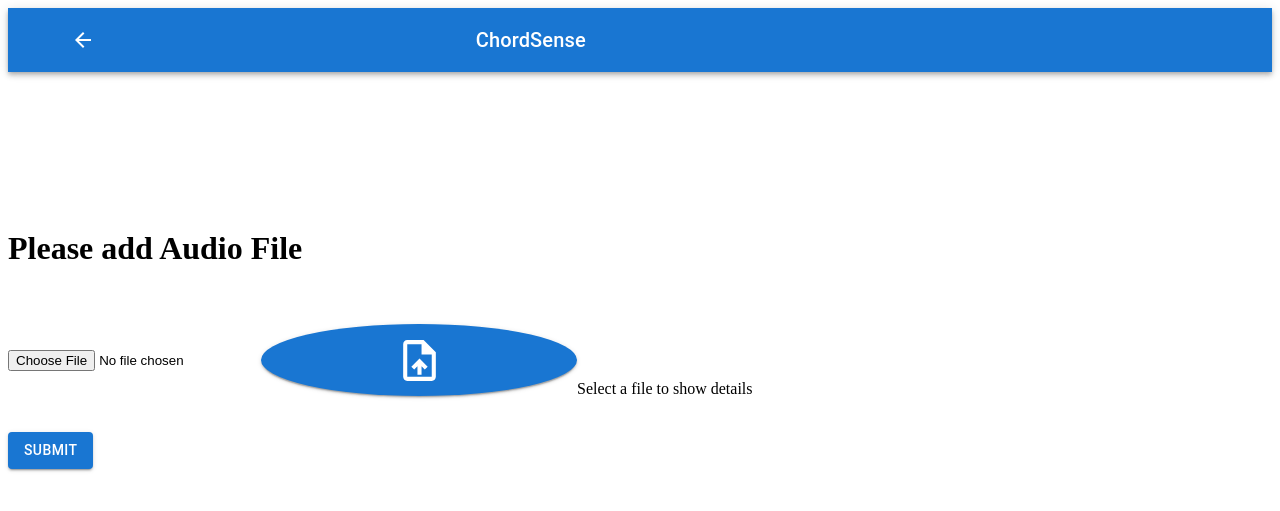
Repository: shamu332/ChordSense
Page: / (app in ui/)
The author's editor kept a copy of each file at every save. The page is drawn from the files as they stood at one save, then again after the next save.
The browser window is 1280 px wide. The pictures show the whole page.
The project was rebuilt for these pictures with package versions that can differ from the ones it lists, and the page was loaded fresh each time. Also part of the build but not shown: ui/src/pages/Results.js.

Above is the page before, as saved 2023-03-11 15:31:12.

### ui/src/index.js

import React from "react";
import ReactDOM from "react-dom";
import { BrowserRouter as Router, Routes, Route } from "react-router-dom";
import Results from "./pages/Results";
import Landing from "./pages/Landing";

ReactDOM.render(
  <>
    <Router>
      <Routes>
        <Route path="/" element={<Landing />} />
        <Route path="/results" element={<Results />} />
      </Routes>
    </Router>
  </>,
  document.getElementById("root")
);

### ui/src/pages/Landing.js
import React, { useState, ChangeEvent } from "react";
import Header from "../Header";
import CircularProgress from "@mui/material/CircularProgress";
import UploadFileIcon from '@mui/icons-material/UploadFile';
import Button from '@mui/material/Button';
import { useNavigate } from "react-router-dom";

function Scanner() {
  const [loader, setLoader] = useState(false);
  const [selectedFile, setSelectedFile] = useState();
  const [isFilePicked, setIsFilePicked] = useState(false);
  let navigate = useNavigate();

  function toggleLoader() {
    setLoader(!loader);
  }


const changeHandler = (event) => {
	setSelectedFile(event.target.files[0]);
	setIsFilePicked(true);
};

const handleSubmission = () => {
};


  return (
    <>
      <Header />
      <div
        style={{
          display: "flex",
          alignItems: "flex-end",
          height: "30vh",
        }}
      >
        <h1>
            Please add Audio File
        </h1>
      </div>
      {loader ? (
        <div
          style={{
            display: "flex",
            justifyContent: "center",
            alignItems: "center",
            height: "30vh",
          }}
        >
          <CircularProgress />
        </div>
      ) : (
        <>
          <div
            style={{
              display: "flex",
              alignItems: "center",
              height:"20vh",
            }}
          >
            <input type="file" name="file" onChange={changeHandler} />
            <Button
             variant="contained"
             style={{
                 width: '25%',
                 height: '50%',
                 borderRadius: '50%'}}>
                <UploadFileIcon
                style={{
                    fontSize: "350%"
                }}></UploadFileIcon>
                </Button>
                {isFilePicked ? (
                    <div>
                        <p>Filename: {selectedFile.name}</p>
                        <p>Filetype: {selectedFile.type}</p>
                        <p>Size in bytes: {selectedFile.size}</p>
                        <p>
                            lastModifiedDate:{' '}
                            {selectedFile.lastModifiedDate.toLocaleDateString()}
                        </p>
                    </div>
                ) : (
                    <p style ={{
                        position:'relative',
                        top: '20%'
                    }}>Select a file to show details</p>
                )}
          </div>
          <div
            style={{
              display: "flex",
            }}
          >
            <Button
              onClick={handleSubmission}
              variant="contained"
            >
              Submit
            </Button>
          </div>
        </>
      )}
    </>
  );
}

export default Scanner;

### ui/src/Header.js
import * as React from "react";
import AppBar from "@mui/material/AppBar";
import Box from "@mui/material/Box";
import Toolbar from "@mui/material/Toolbar";
import Typography from "@mui/material/Typography";
import IconButton from "@mui/material/IconButton";
import ArrowBackIcon from "@mui/icons-material/ArrowBack";
import { useNavigate } from "react-router-dom";

export default function Header() {
  const navigate = useNavigate();
  return (
    <Box sx={{ flexGrow: 1 }}>
      <AppBar position="static">
        <Toolbar>
          <IconButton
            size="large"
            edge="start"
            color="inherit"
            aria-label="menu"
            sx={{ mr: 2 }}
          ></IconButton>
          <ArrowBackIcon
            onClick={() => navigate(-1)}
            sx={{ position: "absolute", left: "5%" }}
          />
          <Typography
            variant="h6"
            component="div"
            sx={{ flexGrow: 1, position: "absolute", left: "37%" }}
          >
            ChordSense
          </Typography>
        </Toolbar>
      </AppBar>
    </Box>
  );
}

Loaded but not shown: ui/public/index.html (common file)

After the next save:
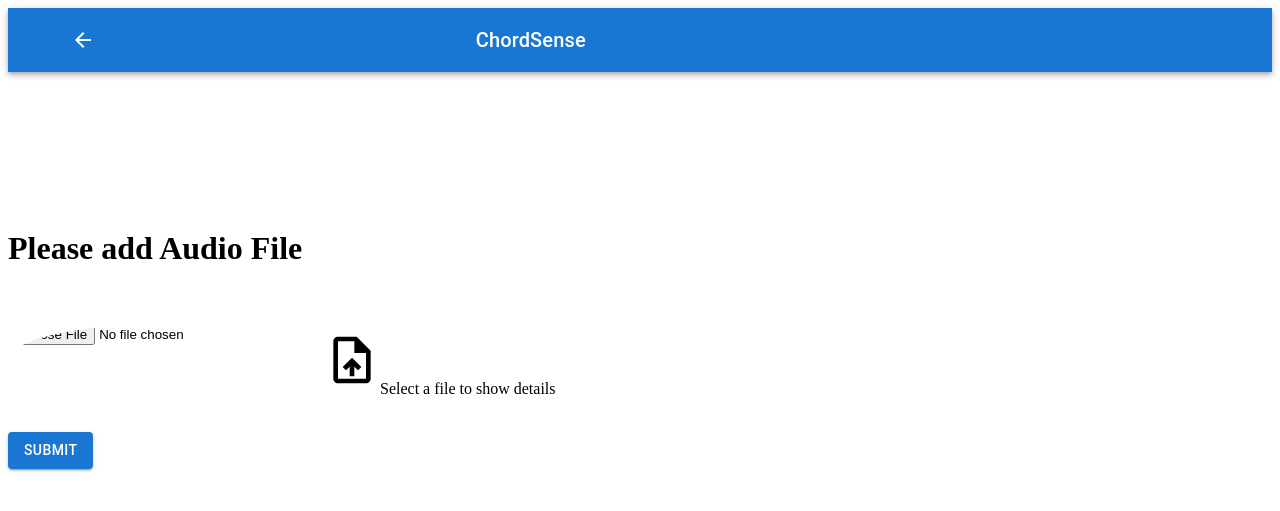
Saved 63 s later.
--- a/ui/src/pages/Landing.js
+++ b/ui/src/pages/Landing.js
@@ -59,18 +59,16 @@ const handleSubmission = () => {
               height:"20vh",
             }}
           >
-            <input type="file" name="file" onChange={changeHandler} />
-            <Button
-             variant="contained"
-             style={{
-                 width: '25%',
-                 height: '50%',
-                 borderRadius: '50%'}}>
+            <input type="file" name="file" onChange={changeHandler}
+            style={{
+                width: '25%',
+                height: '50%',
+                borderRadius: '50%'}}/>
                 <UploadFileIcon
                 style={{
                     fontSize: "350%"
                 }}></UploadFileIcon>
-                </Button>
+
                 {isFilePicked ? (
                     <div>
                         <p>Filename: {selectedFile.name}</p>
